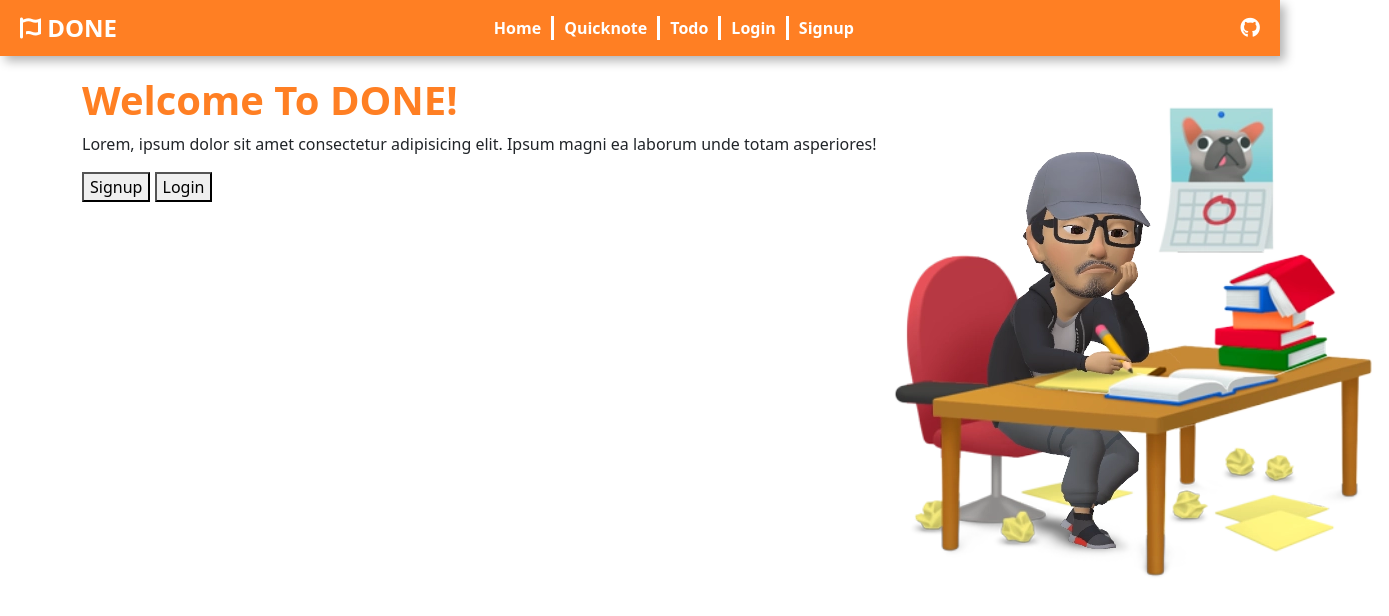
Repository: OmarEssameldinMousa/DONE
Page: index.html
An editor plug-in stored every save of this project. The page is shown before and after the next save, followed by the edit.
The browser window is 1280 px wide. The page is 1389 px wide, then 1280 px, so the pictures cover 1389 px, including what lies to the right of the window. The pictures show the whole page.
Some web fonts or font styles are not loaded; a fallback is used.

Above is the page before, as saved 2023-12-15 22:58:38.

After the next save:
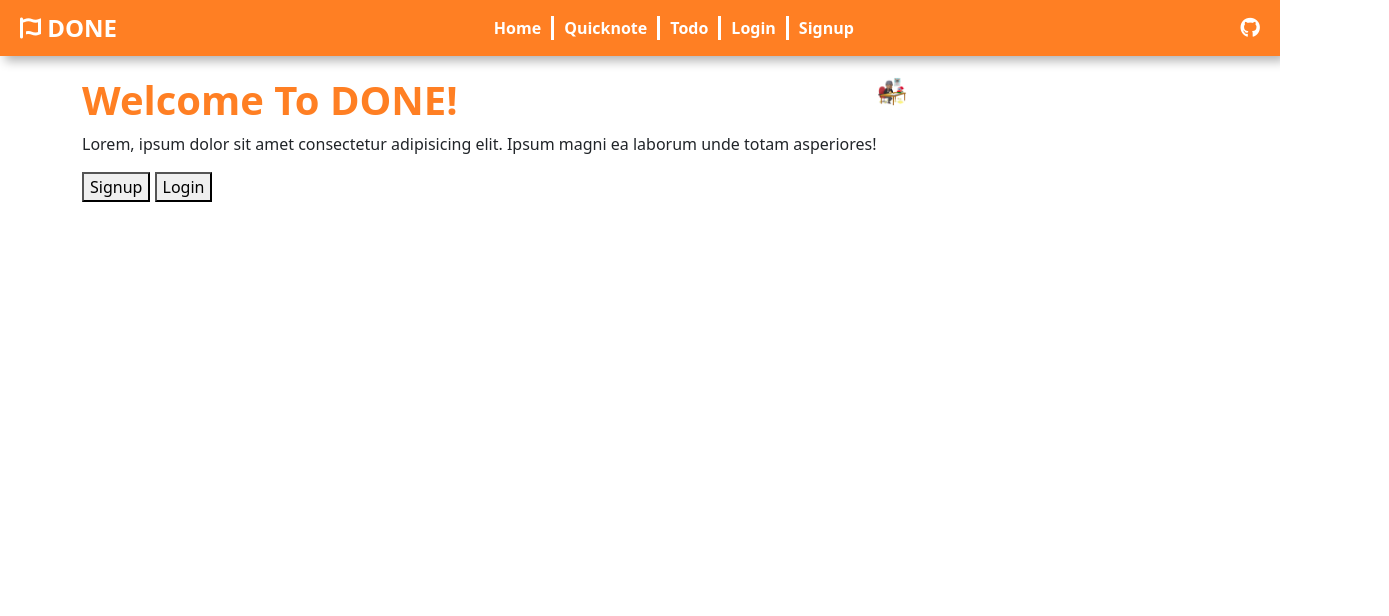
Saved 55 s later.
--- a/CSS/styles.css
+++ b/CSS/styles.css
@@ -135,6 +135,6 @@ nav ul li a:hover {
     font-weight: 900;
 }
 
-.landing .logoimage{
+.landing .logoimage img{
     width: 30px;
 }
